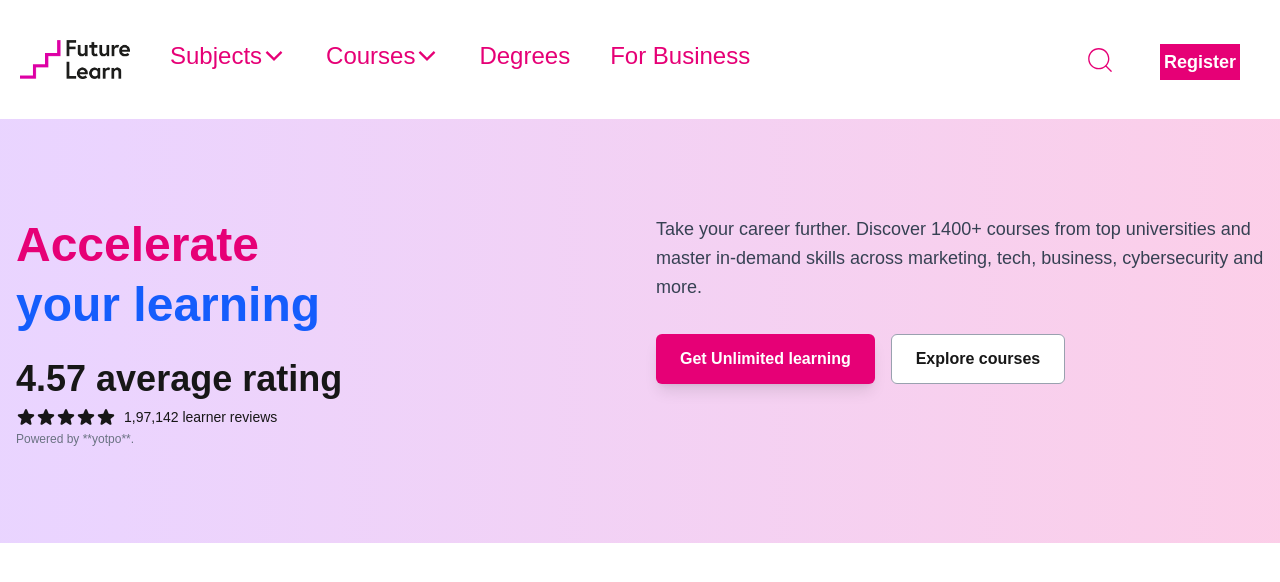
Repository: Aayu0981/Courses-App
Page: / (app in my-app/)
An editor plug-in stored every save of this project. The page is shown before and after a run of saves, followed by the edit.
The browser window is 1280 px wide. The pictures show the whole page.
The project was rebuilt for these pictures with package versions that can differ from the ones it lists, and the page was loaded fresh each time. The framework's server and built-in components were replaced by stand-ins that run in the browser. Also part of the build but not shown: my-app/next.config.ts.

Above is the page before, as saved 2025-11-21 14:27:11.

### my-app/app/page.tsx
import Nav from './Components/Nav'
import MidPAges from './Components/MidP'



export default function Home(){

  return(<div>
   <Nav/>
   <MidPAges/>
  </div>)
}

### my-app/app/Components/Nav.tsx
'use client'
import Image from "next/image"
import { CiSearch } from "react-icons/ci";
import Subject from "./Subject";
import Courses from "./Courses";


export default function Nav(){
  return(

<nav className="m-5 mt-10  bg-white   flex    text-xl ">

  {/* Left logo */}
<div className="flex gap-10 text-2xl" >
   <Image src="/F2.png" alt="IconeImage" height={50} width={110}/>
   <Subject />
   <Courses/>
  <span className=" text-pink-600 hover:text-blue-700">Degrees</span>
  <span className=" w-full whitespace-nowrap overflow-visible  text-pink-600 hover:text-blue-700">For Business</span>
</div>

{/* right part of nav */}
<div  className="flex  gap-10 absolute top-1 right-10 mt-10 text-pink-600 ">
  <CiSearch className="h-8 w-10 hover:text-blue-600  text-2xl" />
  <button className=" text-white bg-pink-600 hover:bg-blue-600 font-semibold text-lg px-1 py-1 ">Register</button>
</div>
</nav>


 )

}

### my-app/app/Components/MidP.tsx
// components/HeroSection.js
import React from 'react';
import { StarIcon } from '@heroicons/react/24/solid';

export default function HeroSection() {
  return (
    // 1. बैकग्राउंड ग्रेडिएंट और padding/margin
    <section className="bg-gradient-to-r from-purple-200 to-pink-200 py-16 md:py-24 mt-10">
      <div className="container mx-auto px-4">


        <div className="grid md:grid-cols-2 gap-8 items-start">

          {/* (Text and Rating) */}
          <div>
            <h1 className="text-4xl md:text-5xl font-extrabold text-pink-600 leading-tight">
              Accelerate<br/>
             <h1 className='text-blue-600 ttext'> your learning</h1>
            </h1>


            <div className="mt-6">
              <p className="text-4xl font-semibold text-futurelearn-purple">4.57 average rating</p>

              {/* star */}
              <div className="flex items-center mt-2">
                {[...Array(5)].map((_, i) => (
                  <StarIcon
                    key={i}
                    className={`w-5 h-5 ${i < 4.5 ? 'text-futurelearn-pink' : 'text-gray-300'}`}

                  />
                ))}
                <span className="ml-2 text-futurelearn-purple text-sm">1,97,142 learner reviews</span>
              </div>

              <p className="text-xs mt-1 text-gray-500">Powered by **yotpo**.</p>
            </div>
          </div>

          {/* right coolum */}
          <div className="pt-4 md:pt-0">
            <p className="text-lg text-gray-700 leading-relaxed">
              Take your career further. Discover 1400+ courses
              from top universities and master in-demand skills
              across marketing, tech, business, cybersecurity and
              more.
            </p>

            {/* buttons*/}
            <div className="flex flex-col sm:flex-row space-y-4 sm:space-y-0 sm:space-x-4 mt-8">
              <button className="bg-pink-600 hover:bg-blue-700 text-white font-semibold py-3 px-6 rounded-md shadow-lg transition duration-300">
                Get Unlimited learning
              </button>
              <button className="bg-white border border-gray-400 hover:text-blue-700 hover:border-blue-700 text-futurelearn-purple font-semibold py-3 px-6 rounded-md transition duration-300">
                Explore courses
              </button>
            </div>
          </div>
        </div>
      </div>
    </section>
  );
}

### my-app/app/Components/Subject.tsx
'use client';
import { useState } from "react";

import { IoChevronUpOutline } from "react-icons/io5";

import {IoChevronDownSharp  } from "react-icons/io5";



export default function Subject(){

const[open ,setOpen]=useState(false);


    return(<div className="w-full max-w-sm mx-auto">

    <div onClick={()=>setOpen(!open)} className="flex justify-between items-center cursor-pointer select-none text-pink-600 hover:text-blue-600 text-2xl">
        <span className="">Subjects </span>
        <span className="">{open ? <IoChevronUpOutline />:<IoChevronDownSharp/> }</span>
    </div>

    {open && (
        <ul  className="bg-gray-100 p-3 space-y-2">
            <li>Math</li>
              <li>Math</li>
                <li>Math</li>
        </ul>
    )}
    </div>

);
}

### my-app/app/Components/Courses.tsx
'use client';
import { useState } from "react";

import { IoChevronUpOutline } from "react-icons/io5";

import {IoChevronDownSharp  } from "react-icons/io5";

export default function Courses(){
      const[open ,setOpen]=useState(false);

      return(<div className="w-full max-w-sm mx-auto ">

            <div onClick={()=>setOpen(!open)} className="flex justify-between items-center cursor-pointer select-none  text-pink-600 hover:text-blue-600 text-2xl">
                <span >Courses</span>
                <span>{open ? <IoChevronUpOutline />:<IoChevronDownSharp/> }</span>
            </div>

            {open && (
                <ul  className="bg-gray-100 p-3 space-y-2">
                    <li>Math</li>
                      <li>Math</li>
                        <li>Math</li>
                </ul>
            )}
            </div>

        );
        }

Loaded but not shown: my-app/app/layout.tsx (common file); my-app/app/globals.css (common file)

After the next 2 saves:
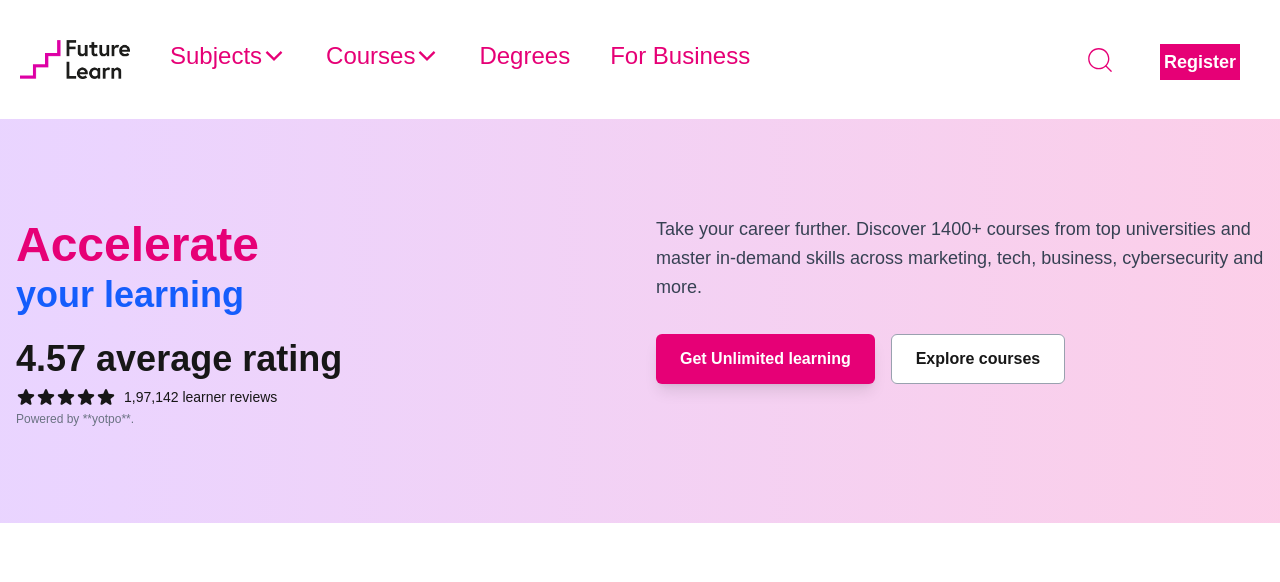
The 2 saves are shown as one change because they came seconds apart.
The last was saved 9 s later.
--- a/my-app/app/Components/MidP.tsx
+++ b/my-app/app/Components/MidP.tsx
@@ -15,7 +15,7 @@
           <div>
             <h1 className="text-4xl md:text-5xl font-extrabold text-pink-600 leading-tight">
               Accelerate<br/>
-             <h1 className='text-blue-600 ttext'> your learning</h1>
+             <h1 className='text-blue-600 text-4xl '> your learning</h1>
             </h1>
 
 
